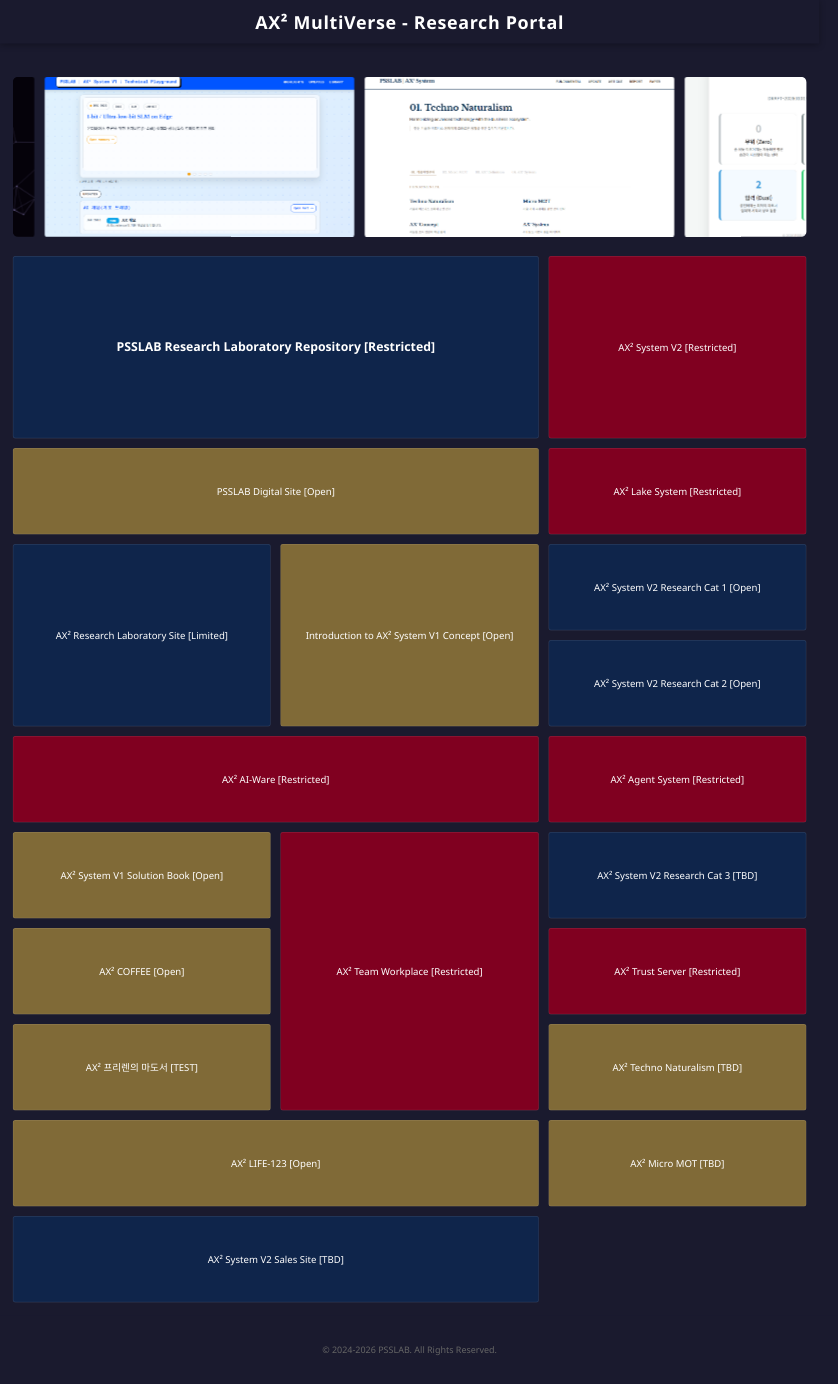
Repository: hycse89/PSSLAB_OpenSite
Page: psslab_multiverse_v3_2.html
An editor plug-in stored every save of this project. The page is shown before and after the next save, followed by the edit.
The browser window is 1280 px wide. The page is 1310 px wide, so the pictures cover 1310 px, including what lies to the right of the window. The pictures show the whole page, at 64% of full size.

Above is the page before, as saved 2026-01-11 20:07:19.

After the next save:
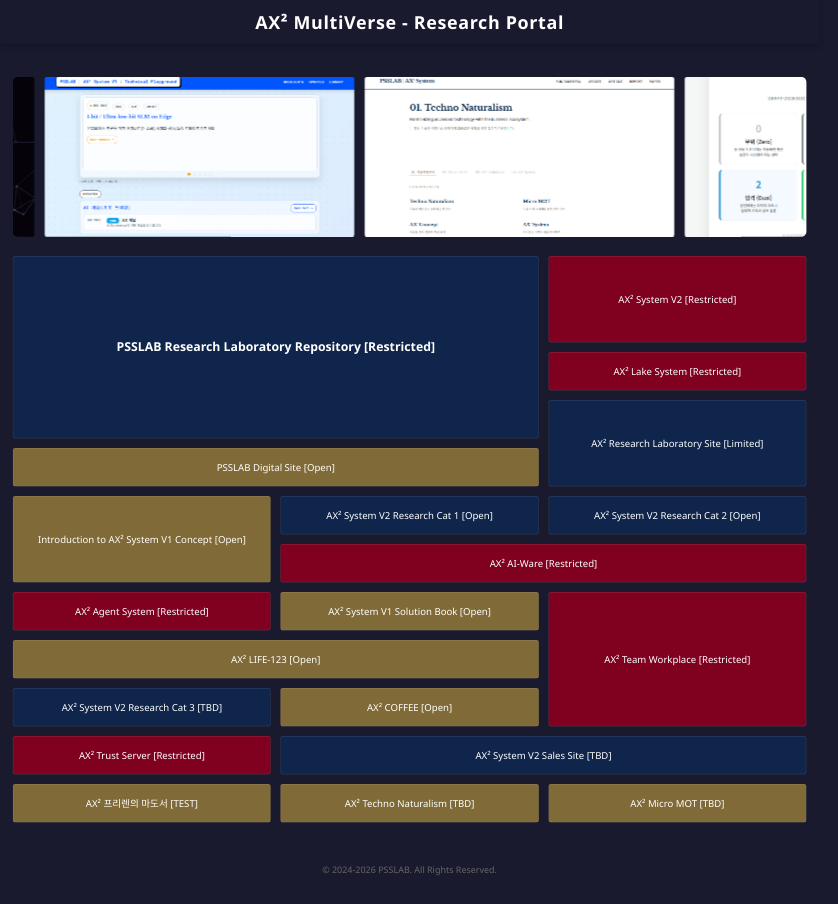
Saved 2 min 32 s later.
--- a/psslab_multiverse_v3_2.html
+++ b/psslab_multiverse_v3_2.html
@@ -129,9 +129,9 @@
         .w-2 { grid-column: span 2; }
 
         /* 세로 비중 (60px의 배수) */
-        .h-1 { grid-row: span 2; } /* 120px + gap */
-        .h-2 { grid-row: span 4; } /* 240px + gap */
-        .h-3 { grid-row: span 6; } /* 360px + gap */
+        .h-1 { grid-row: span 1; } /* 120px + gap */
+        .h-2 { grid-row: span 2; } /* 240px + gap */
+        .h-3 { grid-row: span 3; } /* 360px + gap */
 
         /* 특수 크기: 제목 강조형 */
         .size-hero { grid-column: span 2; grid-row: span 4; font-size: 1.2rem; font-weight: bold; }
